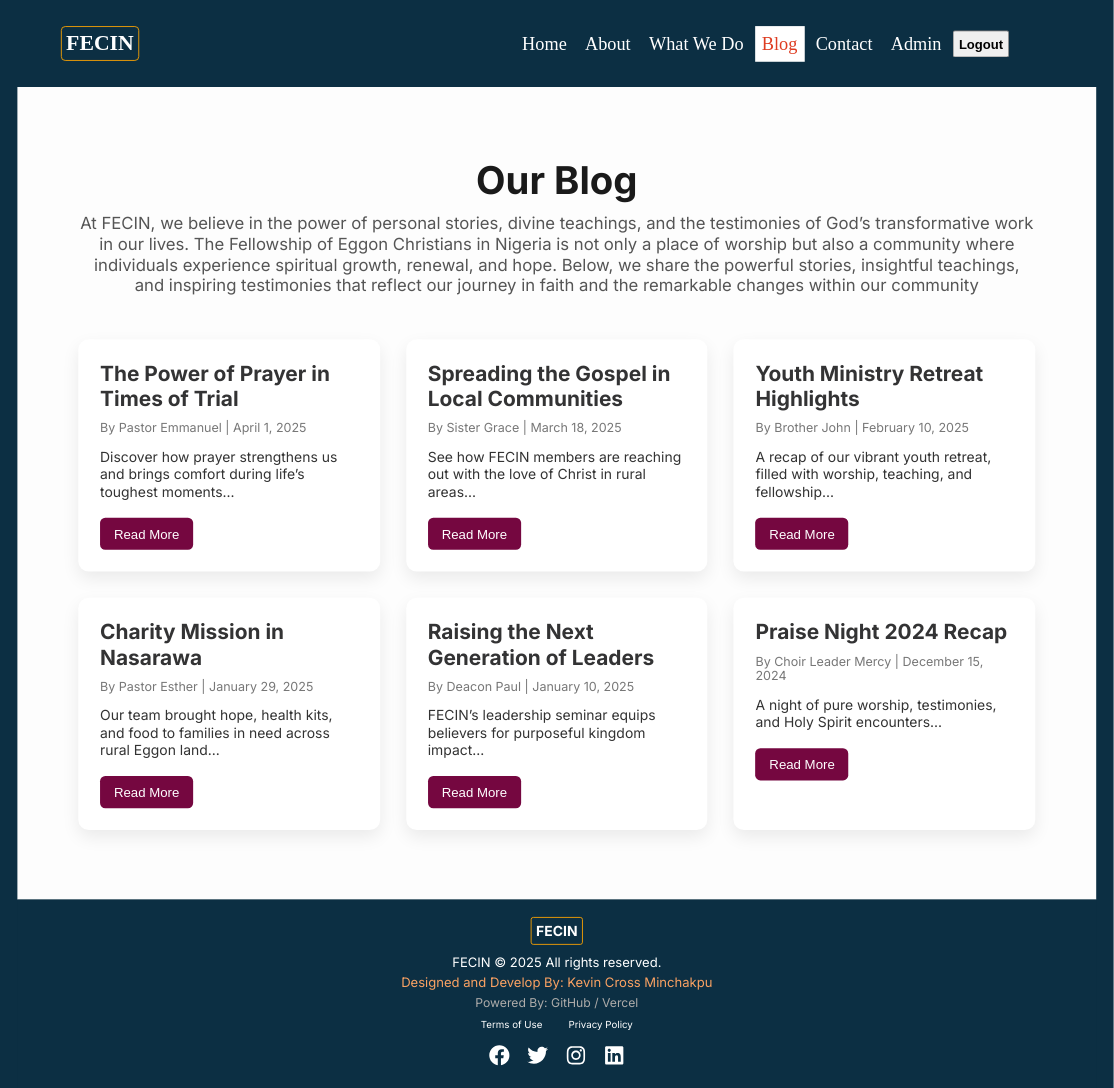
Repository: KCMinchakpu/fecin-projectgs497
Page: /blog
These files come from the project's save history. The page is drawn as it stood at one moment and after the next save; the edit follows.
The browser window is 1280 px wide. The pictures show the whole page, at 87% of full size.
The project was rebuilt for these pictures with package versions that can differ from the ones it lists, and the page was loaded fresh each time. The framework's server and built-in components were replaced by stand-ins that run in the browser. Also part of the build but not shown: next.config.mjs.

Above is the page before, as saved 2025-04-05 20:17:29.

### src/app/layout.js
import {Inter} from "next/font/google";
import "./globals.css";
import Navbar from "@/components/navbar/Navbar";
import Footer from "@/components/footer/Footer";

const inter = Inter({ subsets: ["latin"]});

export const metadata = {
  title: "FECIN Bible Translation Project",
  description: "This is the official FECIN Bible Translation Project",
};

export default function RootLayout({ children }) {
  return (
    <html lang="en">
      <body className={inter.className}>
        <div className="container">
        <Navbar />
        {children}
        <Footer />
        </div>
      </body>
    </html>
  );
}

### src/app/blog/page.jsx
import React from 'react';
import styles from './blog.module.css';
import Link from 'next/link';


const blogPosts = [
  {
    title: 'The Power of Prayer in Times of Trial',
    slug: 'the-power-of-prayer',
    excerpt: 'Discover how prayer strengthens us and brings comfort during life’s toughest moments...',
    date: 'April 1, 2025',
    author: 'Pastor Emmanuel',
  },
  {
    title: 'Spreading the Gospel in Local Communities',
    slug: 'spreading-the-gospel',
    excerpt: 'See how FECIN members are reaching out with the love of Christ in rural areas...',
    date: 'March 18, 2025',
    author: 'Sister Grace',
  },
  {
    title: 'Youth Ministry Retreat Highlights',
    slug: 'youth-ministry',
    excerpt: 'A recap of our vibrant youth retreat, filled with worship, teaching, and fellowship...',
    date: 'February 10, 2025',
    author: 'Brother John',
  },
  {
    title: 'Charity Mission in Nasarawa',
    slug: 'charity-mission',
    excerpt: 'Our team brought hope, health kits, and food to families in need across rural Eggon land...',
    date: 'January 29, 2025',
    author: 'Pastor Esther',
  },
  {
    title: 'Raising the Next Generation of Leaders',
    slug: 'raising-the-next-generation',
    excerpt: 'FECIN’s leadership seminar equips believers for purposeful kingdom impact...',
    date: 'January 10, 2025',
    author: 'Deacon Paul',
  },
  {
    title: 'Praise Night 2024 Recap',
    slug: 'praise-night',
    excerpt: 'A night of pure worship, testimonies, and Holy Spirit encounters...',
    date: 'December 15, 2024',
    author: 'Choir Leader Mercy',
  },
];

const BlogPage = () => {
  return (
    <section className={styles.section}>
      <div className={styles.container}>
        <h1 className={styles.heading}>Our Blog</h1>
        <p className={styles.subheading}>
        At FECIN, we believe in the power of personal stories, divine teachings, and the testimonies of God’s transformative work in our lives. The Fellowship of Eggon Christians in Nigeria is not only a place of worship but also a community where individuals experience spiritual growth, renewal, and hope. Below, we share the powerful stories, insightful teachings, and inspiring testimonies that reflect our journey in faith and the remarkable changes within our community
        </p>
        <div className={styles.grid}>
          {blogPosts.map((post, index) => (
            <div key={index} className={styles.card}>
              <h2 className={styles.cardTitle}>{post.title}</h2>
              <p className={styles.meta}>
                By {post.author} | {post.date}
              </p>
              <p className={styles.excerpt}>{post.excerpt}</p>
              <Link href={`/blog/${post.slug}`}>
                <button className={styles.readMore}>Read More</button>
              </Link>
            </div>
          ))}
        </div>
      </div>
    </section>
  );
};

export default BlogPage;

### src/app/globals.css
:root {
    --bg: #0c2f43;
    --text: white;
    --bgSoft: #091f2c;
    --textSoft: rgb(237, 232, 232);
    --btn: #de3c21;
    --bgWhite: white;
    --textGray: #444444;
}

/* Box sizing rules */
* {
    box-sizing: border-box;
    margin:0;
    padding: 0;
  }

/* Set core body defaults */
body {
    background-color: var(--bgWhite);
    color: var(--text);
  }

a {
    color: inherit;
    text-decoration: none;
}

.container {
  background-color: var(--bg);
  width: 100%; /* Default for small screens */
  margin: auto;
  padding-left: 20px;
  padding-right: 20px;
  min-height: 120vh;
  display: flex;
  flex-direction: column;
  justify-content: space-between;
}

### src/components/navbar/Navbar.jsx
import React from 'react';
import Link from 'next/link';
import Links from "./links/Links";
import styles from "./navbar.module.css";

const Navbar = () => {
  return (
    <div className={styles.container}>
      <Link href="/" className={styles.logo}>FECIN</Link>
      <div>
        <Links />
      </div>
    </div>
  );
};

export default Navbar;

### src/components/footer/Footer.jsx
import React from 'react';
import styles from './footer.module.css';
import { FaFacebook, FaTwitter, FaInstagram, FaLinkedin } from 'react-icons/fa';

const Footer = () => {
  return (
    <div className={styles.container}>
      <div className={styles.logo}>
        {/* You can add a logo image here if needed */}
        <h2>FECIN</h2>
      </div>
      <div>
        <p className={styles.text}>FECIN © 2025 All rights reserved.</p>
        <p className={styles.author}>
          <a href="https://www.linkedin.com/in/kevin-cross-minchakpu-7897379a" target="_blank">Designed and Develop By: Kevin Cross Minchakpu</a>
          </p>
        <p className={styles.company}>
          <a href="https://octatesystems.github.io/OSNigeria/">Powered By: GitHub / Vercel</a>
          </p>
      </div>
      <div className={styles.links}>
        <a href="/terms" className={styles.link}>Terms of Use</a>
        <a href="/privacy" className={styles.link}>Privacy Policy</a>
      </div>
      <div className={styles.socialIcons}>
        <a href="https://facebook.com" target="_blank" rel="noopener noreferrer" className={styles.icon}>
          <FaFacebook />
        </a>
        <a href="https://twitter.com" target="_blank" rel="noopener noreferrer" className={styles.icon}>
          <FaTwitter />
        </a>
        <a href="https://instagram.com" target="_blank" rel="noopener noreferrer" className={styles.icon}>
          <FaInstagram />
        </a>
        <a href="https://linkedin.com" target="_blank" rel="noopener noreferrer" className={styles.icon}>
          <FaLinkedin />
        </a>
      </div>
    </div>
  );
};

export default Footer;

### src/app/blog/blog.module.css
.section {
    background-color: #fdfdfd;
    padding: 80px 20px;
    min-height: 100vh;
  }

  .container {
    max-width: 1100px;
    margin: 0 auto;
  }

  .heading {
    text-align: center;
    font-size: 2.75rem;
    margin-bottom: 10px;
    color: #1a1a1a;
  }

  .subheading {
    text-align: center;
    font-size: 1.2rem;
    margin-bottom: 50px;
    color: #555;
  }

  .grid {
    display: grid;
    grid-template-columns: repeat(auto-fit, minmax(300px, 1fr));
    gap: 30px;
  }

  .card {
    background: #fff;
    padding: 25px;
    border-radius: 12px;
    box-shadow: 0 8px 20px rgba(0, 0, 0, 0.08);
    transition: transform 0.3s ease;
  }

  .card:hover {
    transform: translateY(-5px);
  }

  .cardTitle {
    font-size: 1.5rem;
    color: #333334;
    margin-bottom: 10px;
  }

  .meta {
    font-size: 0.9rem;
    color: #777;
    margin-bottom: 15px;
  }

  .excerpt {
    color: #333;
    font-size: 1rem;
    margin-bottom: 20px;
  }

  .readMore {
    padding: 10px 16px;
    background-color: #750740;
    color: #fff;
    border: none;
    border-radius: 6px;
    font-size: 0.95rem;
    cursor: pointer;
    transition: background-color 0.3s ease;
  }

  .readMore:hover {
    background-color: #3b82f6;
  }

### src/components/navbar/links/Links.jsx
"use client"

import React from "react";
import {useState} from  "react";
import Image from 'next/image';
import NavLink from "../navLink/NavLink";
import styles from "./links.module.css";


const links = [
  { title: "Home", path: "/" },
  { title: "About", path: "/about" },
  { title: "What We Do", path: "/whatwedo" },
  { title: "Blog", path: "/blog" },
  { title: "Contact", path: "/contact" },
];

const Links = () => {
  const [open,setOpen] = useState(false)

  //Temporary
  const session = true
  const isAdmin = true

  return (
    <div className={styles.container}>
    <div className={styles.links}>
      {links.map((link) => (
        <NavLink item={link} key={link.title} />
      ))}
      {session ? (
          <>
          {isAdmin && <NavLink item={{title: "Admin", path: "/admin"}} />}
         <button className={styles.logout}>Logout</button>
         </>
        ) : (
          <NavLink item={{title: "Login", path: "/login"}} />
        )
      }
      </div>
      <Image
      className={styles.menuButton}
      src="/menu.png"
      alt="Hamburger menu"
      width={30}
      height={30} onClick={() => setOpen((prev) => !prev)}
      />

      {open && ( <div className={styles.mobileLinks}>
          {links.map((link) => (
        <NavLink item={link} key={link.title} />
      ))}
    </div>
)}
</div>
  );
};

export default Links;

### src/components/navbar/navbar.module.css
.container {
    height: 100px;
    display: flex;
    align-items: center;
    justify-content: space-between;
}

.logo {
    font-size: 25px;
    font-weight: bold;
    font-family: "Play", serif;
    font-weight: 700;
    font-style: normal;
    border: 1.5px solid orange;
    padding: 5px;
    border-radius: 5px;
    margin-left: 50px;
}

### src/components/footer/footer.module.css
/* Footer Container */
.container {
    background-color: var(--bg);
    color: white;
    display: flex;
    flex-direction: column;
    align-items: center;
    justify-content: space-between;
    padding: 20px;
    text-align: center;
  }

  .logo h2 {
    font-size: 1rem;
    margin-bottom: 10px;
    border: 1px solid orange;
    padding: 5px;
    border-radius: 3px;
  }

  .text {
    margin-bottom: 5px;
    font-size: 15px;

  }
  .author {
    margin-bottom: 5px;
    font-size: 15px;
    color: rgb(250, 162, 99);
  }

  .company {
    margin-bottom: 5px;
    font-size: 14px;
    color: rgb(174, 172, 170);
  }

  .author:hover {
    text-decoration: underline;
  }

  .company:hover {
    text-decoration: underline;
  }

  .links {
    margin-bottom: 15px;
  }

  .link {
    color: white;
    margin: 0 15px;
    text-decoration: none;
    font-size: 0.7rem;
  }

  .link:hover {
    text-decoration: underline;
  }

  .socialIcons {
    display: flex;
    justify-content: center;
    gap: 20px;
  }

  .icon {
    font-size: 1.5rem;
    color: white;
    transition: color 0.3s ease;
  }

  .icon:hover {
    color: #0070f3;
  }


  @media (min-width: 768px) {
    .container {
      flex-direction: column;
      align-items: center;
      justify-content: space-around;
    }
  }

### src/components/navbar/navLink/navLink.jsx
"use client";

import React from "react";
import Link from "next/link";
import { usePathname } from "next/navigation";
import styles from "./navLink.module.css";

const NavLink = ({ item }) => {
  const pathName = usePathname();
  return (
    <Link
      href={item.path}
      className={`${styles.container} ${
        pathName === item.path ? styles.active : ""
      }`}
    >
      {item.title}
    </Link>
  );
};

export default NavLink;

### src/components/navbar/links/links.module.css
.links {
    display: flex;
    align-items: center;
    gap: 5px;
    font-family: "Play", serif;
    font-style: normal;
    margin-right: 100px;
    font-size: 21px;
}

.logout {
    padding: 5px;
    cursor: pointer;
    font-weight: bold;
    font-size: 15px;
}

.menuButton,
.mobileLinks {
   display: none;
  }

  @media (max-width: 480px){
    .links {
        display: none;
    }

    .menuButton {
        display: block;
        cursor: pointer;
      }

    .mobileLinks {
        position: absolute;
        top: 100px;
        right: 0;
        width: 50%;
        height: calc(100vh-100px);
        /*background-color: var(--bg);*/
       background-color: brown;
        display: flex;
        flex-direction: column;
        align-items: center;
        justify-content: center;
        gap: 10px;
      }
  }

### src/components/navbar/navLink/navLink.module.css
.container {
    padding: 8px;
    text-align: center;


}

.active {
    background-color: var(--text);
    color: var(--btn);
}

After the next save:
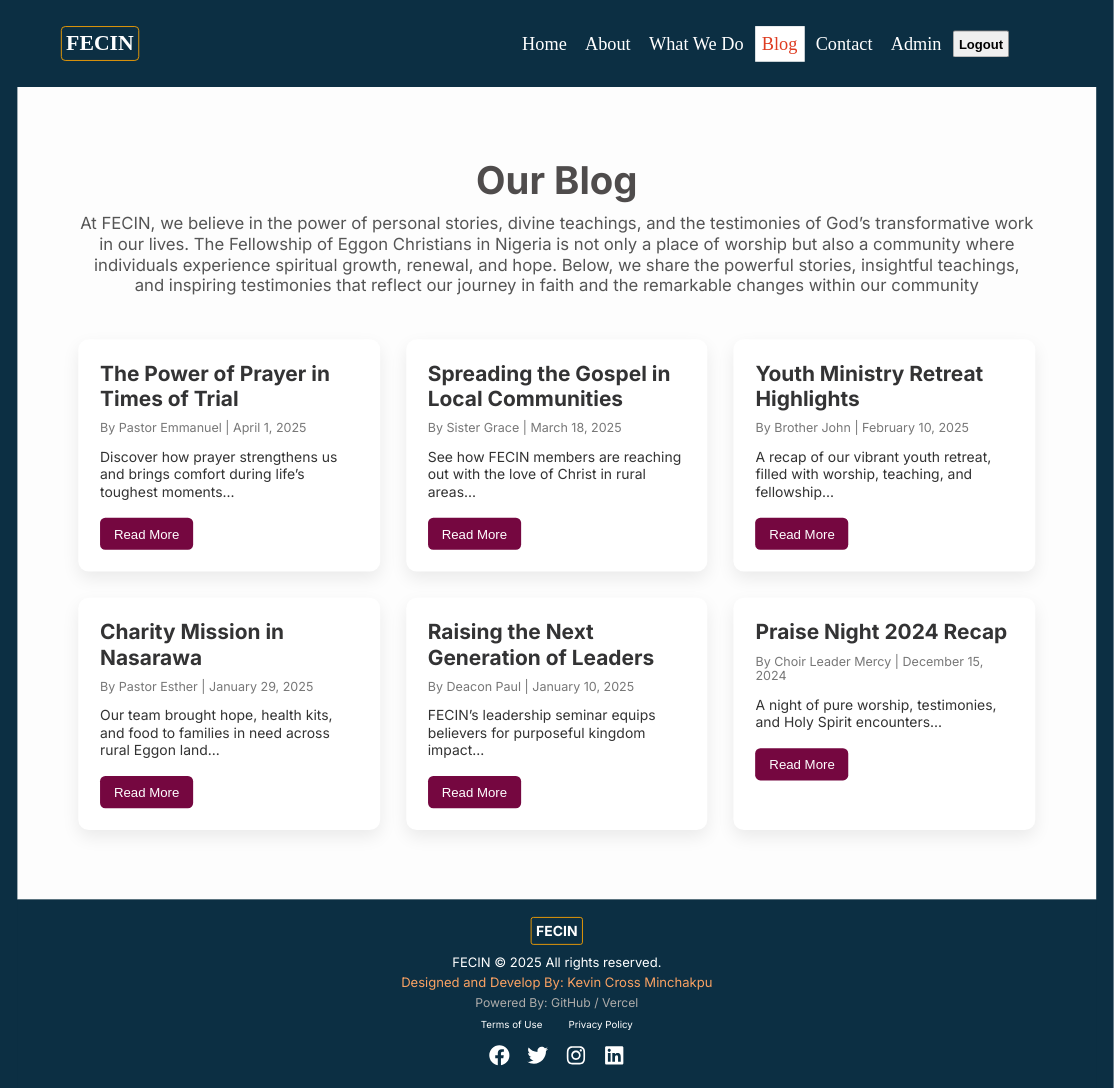
Saved 4 min 50 s later.
--- a/src/app/blog/blog.module.css
+++ b/src/app/blog/blog.module.css
@@ -13,7 +13,7 @@
     text-align: center;
     font-size: 2.75rem;
     margin-bottom: 10px;
-    color: #1a1a1a;
+    color: #4f4c4c;
   }
 
   .subheading {
